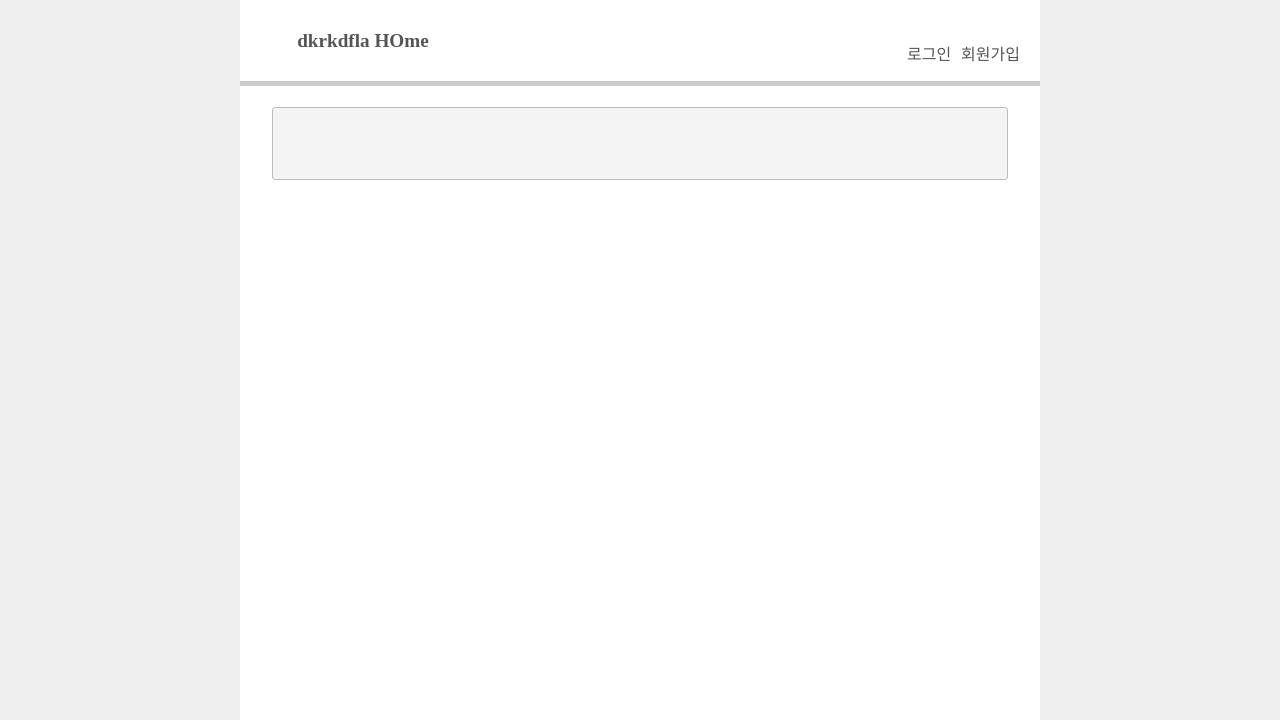
Repository: Dusajang/JSPClass
Page: http://localhost/jspPro/days03/ex03.jsp
These files come from the project's save history. The page is drawn as it stood at one moment and after the next save; the edit follows.
The browser window is 1280 px wide. The pictures show the whole page.
Some web fonts or font styles are not loaded; a fallback is used. The page is served by Tomcat 9. Other server files are loaded and not shown.

Above is the page before, as saved 2024-10-17 03:41:53.

### jspPro/src/main/webapp/days03/ex03.jsp
<%@ page contentType="text/html; charset=UTF-8" pageEncoding="UTF-8"%>
<!DOCTYPE html>
<html>
<head>
<meta charset="UTF-8">
<title>Insert title here</title>
<link rel="shortcut icon" type="image/x-icon" href="http://localhost/jspPro/images/SiSt.ico">
<script src="https://ajax.googleapis.com/ajax/libs/jquery/3.7.1/jquery.min.js"></script>
<meta name="viewport" content="width=device-width, initial-scale=1.0">
<meta name="google" content="notranslate">
<link rel="stylesheet" href="http://localhost/jspPro/resources/cdn-main/example.css">
<script src="http://localhost/jspPro/resources/cdn-main/example.js"></script>
<style>
 span.material-symbols-outlined{
    vertical-align: text-bottom;
 }
</style>
</head>
<body>
<header>
  <h1 class="main"><a href="#" style="position: absolute;top:30px;">dkrkdfla HOme</a></h1>
  <ul>
    <li><a href="#">로그인</a></li>
    <li><a href="#">회원가입</a></li>
  </ul>
</header>
<div>
  <xmp class="code">

  </xmp>
</div>
</body>
</html>

### jspPro/src/main/webapp/resources/cdn-main/example.css
@charset "UTF-8";

@import url('https://fonts.googleapis.com/css2?family=Material+Symbols+Outlined:opsz,wght,FILL,GRAD@20..48,100..700,0..1,-50..200');

@font-face {
    font-family: 'GmarketSansMedium';
    src: url('https://cdn.jsdelivr.net/gh/projectnoonnu/noonfonts_2001@1.1/GmarketSansMedium.woff') format('woff');
    font-weight: normal;
    font-style: normal;
}

:root {
	--text-color: #555;
	--sub-text-color: #777;
	--back-color: #EFEFEF;
	--header-color: #444;
	--primary-color: #DEDEDE;
	--secondary-color: #EFEFEF;
	--default-width: 800px;
	--narrow-width: 500px;
	--wide-width: 1200px;
	--text-font: 'GmarketSansMedium';
	--icon-font: 'Material Symbols Outlined';
	--border-color: #CCC;
}

html, body {
	margin: 0;
	padding: 0;
}

html {
	background-color: var(--back-color);
	display: flex;
	justify-content: center;
	min-height: 100vh;
}

body, body.default {
	width: var(--default-width);
	background-color: white;
	padding-bottom: 120px;
}

body.wide {
	width: var(--wide-width);
}

body.narrow {
	width: var(--narrow-width);
}



body, p, div, span, a, input, select, option, textarea, button, table, th, td, label, fieldset, legend {
	font-family: var(--text-font);
	color: var(--text-color);
}

h1, h2, h3 {
	font-family: var(--text-font);
	color: var(--header-color);
	padding: 0 1rem;
	padding-top: .5rem;
}

div > h1, div > h2, div > h3 {
	padding: 0;
}

body > div, body > main > div {
	padding: 0.3rem 1rem;
}


h1 { font-size: 2rem; border-bottom: 1px solid var(--border-color); }
h1 small { font-size: 1.2rem; color: var(--sub-text-color); }
h2 { font-size: 1.5rem; border-bottom: 1px dashed var(--border-color); }
h2 small { font-size: 1.1rem; color: --sub-text-color; }
h3 { font-size: 1.2rem; }
h3 small { font-size: 1rem; color: --sub-text-color; }



h1.main::before {
	font-family: var(--icon-font);
  	content: '\e666';
  	margin-right: 10px;
  	float: left;
	font-size: 2.5rem;
}

h1.sub::before {
	font-family: var(--icon-font);
  	content: '\ea19';
  	margin-right: 10px;
  	float: left;
	font-size: 2.5rem;
}


h1.page::before {
	font-family: var(--icon-font);
  	content: '\e0e0';
  	margin-right: 10px;
  	float: left;
	font-size: 2.5rem;
}

body > header > ul > li > .active{
	background-color: #FFF;
	color:#F00;
}

body > header {
	display: flex;
	justify-content: space-between;
	border-bottom: 5px solid var(--border-color);
	min-height: 74px;
	background-color: #FFF;
}

body > header.sticky {
	position: sticky;
	top: 0;
	z-index: 98;
}

body > header > h1 {
	font-size: 1.2rem;
	border: 0;
}

body > header.in > h1::before {
	font-family: var(--icon-font);
  	content: '\e332‥';
  	margin-right: 3px;
  	float: left;
	font-size: 2rem;
}


body > header > ul {
	list-style-type: none;
	display: flex;
	align-items: flex-end;
	margin-right: 10px;
}

body > header > ul > li {
	margin-right: 10px;
	cursor: pointer;
}

body > header > ul > li > a {
	cursor: pointer;
}


form {
	display: block;
}

form > div {
	padding: 0.3rem 1rem;
}

div > form > div {
	padding: 0.3rem 0;
}

input, textarea, button, select {
	border: 1px solid #BBB;
	border-radius: 3px;
	outline: none;
	resize: none;
	padding: 7px;
	margin: 0;
}

input[type=text]:read-only, textarea:read-only {
	cursor: not-allowed;
	background-color: #FFF;
}

input[type=text]:disabled, textarea:disabled {
	cursor: not-allowed;
	background-color: #EEE;
}

input[type=text], input[type=password], textarea, button, select {
	/* width: 300px; */
}

textarea {
	display: block;
	height: 100px;
}

input[type=button], input[type=submit], button {
	/* width: inherit; */
}

input.short, textarea.short, button.short, select.short {
	width: 100px;
}

input.long, textarea.long, button.long, select.long {
	width: 350px;
}

.narrow input.long, .narrow textarea.long, .narrow button.long, .narrow select.long {
	width: calc(100% - 20px);
}

input.full, textarea.full, button.full, select.full {
	width: calc(100% - 20px);
}

textarea.short {
	height: 50px;
}

textarea.long {
	height: 100px;
}

textarea.full {
	height: 200px;
}

input, textarea {
	padding-top: 8px;
}

input[type=button], input[type=submit], button {
	padding: 5px 10px;
	background-color: var(--secondary-color);
	cursor: pointer;
	min-height: 36px;
}

input[type=button].primary, input[type=submit].primary, button.primary {
	/* background-color: rgba(100, 149, 237, .2); */
	background-color: var(--primary-color);
}

input[type=button].primary:hover, input[type=submit].primary:hover, button.primary:hover {
	/* background-color: rgba(100, 149, 237, .3); */
	background-color: var(--secondary-color);
}

input[type=button]:hover, input[type=submit]:hover, button:hover {
	background-color: var(--primary-color);
}

button {
	position: relative;
	left: 0;
	top: 0;
	padding-left: 35px;
}

button .material-symbols-outlined {
	position: absolute;
	left: 10px;
	top: 4px;
}

/* k2nik add */
button.login::before {
	font-family: var(--icon-font);
  	content: '\ea77';
	position: absolute;
	left: 11px;
	top: 4px;
	font-size: 1.25rem;
}

/* k2nik logout */
button.logout::before {
	font-family: var(--icon-font);
  	content: '\e9ba';
	position: absolute;
	left: 11px;
	top: 4px;
	font-size: 1.25rem;
}

/* k2nik help */
button.help::before {
	font-family: var(--icon-font);
  	content: '\f1c0';
	position: absolute;
	left: 11px;
	top: 4px;
	font-size: 1.25rem;
}

button.add::before{
	font-family: var(--icon-font);
  	content: '\e746';
	position: absolute;
	left: 11px;
	top: 4px;
	font-size: 1.25rem;
}

button.back::before {
	font-family: var(--icon-font);
  	content: '\e166';
	position: absolute;
	left: 11px;
	top: 4px;
	font-size: 1.25rem;
}

button.list::before {
	font-family: var(--icon-font);
  	content: '\e0ee';
	position: absolute;
	left: 11px;
	top: 4px;
	font-size: 1.25rem;
}


button.del::before {
	font-family: var(--icon-font);
  	content: '\e872';
	position: absolute;
	left: 11px;
	top: 4px;
	font-size: 1.25rem;
}


button.edit::before {
	font-family: var(--icon-font);
  	content: '\e745';
	position: absolute;
	left: 11px;
	top: 4px;
	font-size: 1.25rem;
}


button.login::before {
	font-family: var(--icon-font);
  	content: '\ea77';
	position: absolute;
	left: 11px;
	top: 4px;
	font-size: 1.25rem;
}


button.logout::before {
	font-family: var(--icon-font);
  	content: '\e9ba';
	position: absolute;
	left: 11px;
	top: 4px;
	font-size: 1.25rem;
}


button.in::before {
	font-family: var(--icon-font);
  	content: '\f71a';
	position: absolute;
	left: 11px;
	top: 4px;
	font-size: 1.25rem;
}


button.out::before {
	font-family: var(--icon-font);
  	content: '\f70e';
	position: absolute;
	left: 11px;
	top: 4px;
	font-size: 1.25rem;
}


button.reply::before {
	font-family: var(--icon-font);
  	content: '\e15e';
	position: absolute;
	left: 11px;
	top: 4px;
	font-size: 1.25rem;
}


button.comment::before {
	font-family: var(--icon-font);
  	content: '\e0b9';
	position: absolute;
	left: 11px;
	top: 4px;
	font-size: 1.25rem;
}


button.modal::before {
	font-family: var(--icon-font);
  	content: '\e89e';
	position: absolute;
	left: 11px;
	top: 4px;
	font-size: 1.25rem;
}


button.ok::before {
	font-family: var(--icon-font);
  	content: '\e86c';
	position: absolute;
	left: 11px;
	top: 4px;
	font-size: 1.25rem;
}


button.cancel::before {
	font-family: var(--icon-font);
  	content: '\e5c9';
	position: absolute;
	left: 11px;
	top: 4px;
	font-size: 1.25rem;
}

button.search::before {
	font-family: var(--icon-font);
  	content: '\e8b6';
	position: absolute;
	left: 11px;
	top: 4px;
	font-size: 1.25rem;
}

button.home::before {
	font-family: var(--icon-font);
  	content: '\e88a';
	position: absolute;
	left: 11px;
	top: 4px;
	font-size: 1.25rem;
}


button.sidebar::before {
	font-family: var(--icon-font);
  	content: '\f7e4';
	position: absolute;
	left: 11px;
	top: 4px;
	font-size: 1.25rem;
}


button.sidebar-right::before {
	font-family: var(--icon-font);
  	content: '\f7e5';
	position: absolute;
	left: 11px;
	top: 4px;
	font-size: 1.25rem;
}




button::before {
	font-family: var(--icon-font);
  	content: '\e323';
	position: absolute;
	left: 11px;
	top: 4px;
	font-size: 1.25rem;
}


table {
	border-collapse: collapse;
	margin: 1rem;
	box-sizing: border-box;
	width: calc(100% - 32px);
}

table.content {
	width: auto;
}

div > table {
	margin: 0;
}

table th, table td {
	border: 1px solid var(--border-color);
	padding: 7px;
	font-weight: normal;
}

table th {
	background-color: var(--back-color);
}

table.vertical th {
	width: 150px;
}

table.vertical td {
	width: calc(100% - 182px);
	padding-left: 10px;
}

table.content td, table.content th {
	width: auto;
}

body.narrow table.vertical th {
	width: 100px;
}

body.narrow table.vertical td {
	width: calc(100% - 182px);
}


table + table {
	margin-top: 30px;
}


p {
	padding: 0 1rem;
}

a {
	text-decoration: none;
}

a:hover {
	color: rgba(255, 99, 71, .7);
}

hr {
	border: 0;
	border-top: 1px solid var(--border-color);
	margin: 2rem 0;
}

.message {
	border: 1px solid var(--border-color);
	background-color: #EFEFEF;
	margin: 1rem;
	width: auto;
	padding-top: 10px;
	padding-bottom: 10px;
	font-size: 14px;
}

.message[title]::before {
	content: attr(title);
	display: block;
	border-bottom: 1px solid var(--border-color);
	padding-bottom: 5px;
	margin-bottom: 10px;
	margin-top: 7px;
}

.message.short {
	max-width: 250px;
}

.message.long {
	max-width: 500px;
}

.badge {
	float: right;
	font-size: .8rem;
	margin-top: 2px;
	margin-right: 2px;
	text-shadow: 0 0 7px gray;
}

.badge.left {
	float: none;
	margin-left: 2px;
}

.badge.right {
	float: right;
}

.badge.red {
	border-radius: 50%;
	padding: 2px 5px;
	background-color: rgb(255, 99, 71, .3);
}

.badge.yellow {

	border-radius: 50%;
	padding: 2px 5px;
	background-color: rgb(255, 215, 0, .5);
}

.badge.blue {
	border-radius: 50%;
	padding: 2px 5px;
	background-color: rgb(100, 149, 237, .3);
}

label + label {
	margin-left: 7px;
}

label input[type=checkbox], label input[type=radio] {
	transform: translate(0, 1px);
}

.group {
	display: flex;
}

.modal-content .group {
	margin-bottom: .5rem;
}

.group label {
	border: 1px solid #BBB;
	border-radius: 3px;
	outline: none;
	resize: none;
	padding: 7px 14px;
	margin: 0;
	border-top-right-radius: 0;
	border-bottom-right-radius: 0;
	background-color: #EFEFEF;
	white-space: nowrap;
	font-size: 14px;
}

.group input[type=text] {
	margin-left: -1px;
	border-top-left-radius: 0;
	border-bottom-left-radius: 0;
}

.group select {
	margin-left: -1px;
	border-top-left-radius: 0;
	border-bottom-left-radius: 0;
}

.group input.full[type=text] {
	margin-left: -1px;
	border-top-left-radius: 0;
	border-bottom-left-radius: 0;
	width: 100%;
}

.group input[type=button]:first-child, .group button:first-child {
	border-top-left-radius: 3px;
	border-bottom-left-radius: 3px;
	margin-left: 0px;
}

.group input[type=button], .group button {
	border-radius: 0;
	margin-left: -1px;
}

.group input[type=button]:last-child, .group button:last-child {
	margin-left: -1px;
	border-top-right-radius: 3px;
	border-bottom-right-radius: 3px;
}

.seperate {
	display: flex;
	justify-content: space-between;
}

div.list {
	width: max-content;
	margin: 1rem;
	border: 1px solid #BBB;
	border-radius: 3px;
	padding: 0;
}

div.list.full {
	width: auto;
	display: block;
	margin: 1rem;
	border: 1px solid #BBB;
	border-radius: 3px;
	padding: 0;
}

div.list > div {
	padding: .5rem 1rem;
	margin: 0;
	border-bottom: 1px solid #BBB;
}

div.list > div:last-child {
	border-bottom: 0;
}

pre.code , xmp.code{
	font-family: consols;
	background-color: rgba(150, 150, 150, .1);
	border: 1px solid #BBB;
	border-radius: 3px;
	padding: .5rem 1rem;
	padding-bottom: .6rem;
	margin: 1rem;
}




*[data-modal-window] {
	position: fixed;
	background-color: rgba(0, 0, 0, .3);
	left: 0;
	top: 0;
	display: none;
	justify-content: center;
	align-items: flex-start;
	width: 100%;
	min-height: 100vh;
	z-index: 100;
	opacity: 0;
	transition: 500ms all;
}

*[data-modal-window] .modal-container {
	border-radius: 5px;
	padding: 1rem;
	padding-bottom: .5rem;
	margin-top: -500px;
	opacity: 0;
	width: 500px;
	background-color: #FFF;
	margin-right: 2rem;
	transition: 500ms all;
}

*[data-modal-size=content] .modal-container {
	width: auto;
}

*[data-modal-size=narrow] .modal-container {
	width: 300px;
}

*[data-modal-size=wide] .modal-container {
	width: 760px;
}


*[data-modal-window] .modal-header {
	border-bottom: 1px solid var(--border-color);
	padding: 2px 5px;
}

*[data-modal-window] .modal-content {
	padding: 1rem 5px;
}

*[data-modal-window] .modal-content div:last-child {
	margin-top: 1rem;
	text-align: right;
}



*[data-sidebar-window] {
	position: fixed;
	background-color: #FFF;
	left: 0;
	top: 0;
	display: block;
	width: 300px;
	border-right: 1px solid var(--border-color);
	box-sizing: border-box;
	box-shadow: 0 0 3px var(--back-color);
	min-height: 100vh;
	z-index: 99;
	transform: translate(-300px, 0);
	transition-duration: 500ms;
	transition-property: transform;
}

*[data-sidebar-direction=right] {
	left: auto;
	right: 0;
	transform: translate(300px, 0);
	border-left: 1px solid var(--border-color);
}

*[data-sidebar-size=wide] {
	width: 500px;
	transform: translate(-500px, 0);
}

*[data-sidebar-window] .sidebar-title {
	border-bottom: 1px solid var(--border-color);
	margin-top: 20px;
	margin-bottom: 20px;
	padding-bottom: 5px;
	display: flex;
	justify-content: space-between;
}

*[data-sidebar-window] .sidebar-title span:last-child {
	cursor: pointer;
}


/* K2Nik pagination */
.center {
  text-align: center;
}

.pagination {
  display: inline-block;
}

.pagination a {
  color: black;
  float: left;
  padding: 3px 6px;
  text-decoration: none;
  transition: background-color .3s;
  border: 1px solid #ddd;
  margin: 0 3px;
}

.pagination a.active {
  background-color: #4CAF50;
  color: white;
  border: 1px solid #4CAF50;
}

.pagination a:hover:not(.active) {background-color: #ddd;}

### jspPro/src/main/webapp/resources/cdn-main/example.js

window.onload = () => {

    const list = document.querySelectorAll('input, textarea');

    list.forEach(item => {
        item.setAttribute('autocomplete', 'off');
    });


    const modal_btn_list = document.querySelectorAll('*[data-modal-button]');

    modal_btn_list.forEach(item => {
        item.onclick = function() {

            const name = this.dataset['modalButton'];
            const modal_window = document.querySelector('*[data-modal-window=' + name);

            const container = document.createElement('div');
            container.className = 'modal-container';



            const modal_header = document.createElement('div');
            modal_header.textContent = modal_window.dataset['modalTitle'];
            modal_header.className = 'modal-header';
            container.appendChild(modal_header);

            const modal_content = document.createElement('div');
            modal_content.className = 'modal-content';
            container.appendChild(modal_content);

            Array.from(modal_window.childNodes).forEach(item => {
                modal_content.appendChild(item);
            });

            modal_window.appendChild(container);

            modal_window.style.display = 'flex';

            setTimeout(() => {
                modal_window.style.opacity = 1;
                container.style.marginTop = '20px';
                container.style.opacity = 1;
            }, 50);


            const modal_ok = document.querySelector('*[data-modal-ok=' + name);
            modal_ok.addEventListener('click', function() {
                modal_window.style.opacity = 0;
                container.style.marginTop = '-500px';
                container.style.opacity = 0;

                setTimeout(() => {
                    modal_window.innerHTML = modal_content.innerHTML;
                    modal_window.style.display = 'none';
                }, 500);

            });

            const modal_cancel = document.querySelector('*[data-modal-cancel=' + name);
            modal_cancel.addEventListener('click', function() {

                modal_window.style.opacity = 0;
                container.style.marginTop = '-500px';
                container.style.opacity = 0;

                setTimeout(() => {
                    modal_window.innerHTML = modal_content.innerHTML;
                    modal_window.style.display = 'none';
                }, 500);
            });


        };
    });


    const sidebar_btn_list = document.querySelectorAll('*[data-sidebar-button]');

    sidebar_btn_list.forEach(item => {
        item.onclick = function() {



            const name = this.dataset['sidebarButton'];
            const sidebar_window = document.querySelector('*[data-sidebar-window=' + name);

            if (sidebar_window.style.transform == 'translate(0px, 0px)') return;



            sidebar_window.style.transform = 'translate(0, 0)';

            const sidebar_title = document.createElement('div');
            sidebar_title.className = 'sidebar-title';
            sidebar_title.innerHTML = '<span>' + sidebar_window.dataset['sidebarTitle'] + '</span><span class="material-symbols-outlined">close</span>';

            sidebar_title.children[1].onclick = function() {

                let sign = 1;
                let distance = 300;

                if (sidebar_window.dataset['sidebarDirection'] != 'right') {
                    sign = -1;
                } else {
                    sign = 1;
                }

                if (sidebar_window.dataset['sidebarSize'] != 'wide') {
                    distance = 300;
                } else {
                    distance = 500;
                }

                distance *= sign;

                sidebar_window.style.transform = 'translate(' + distance + 'px, 0)';

                setTimeout(function() {
                    sidebar_window.removeChild(sidebar_window.children[0]);
                }, 500);
            };


            sidebar_window.prepend(sidebar_title);

        }
    });

};

// window.onkeydown = function(event) {

//     if (event.keyCode == 27) {
//         if (document.querySelector('[data-modal-window').style.display == 'flex') {
//             document.querySelector('[data-modal-window').style.display = 'none';
//         }
//     }

// };

After the next save:
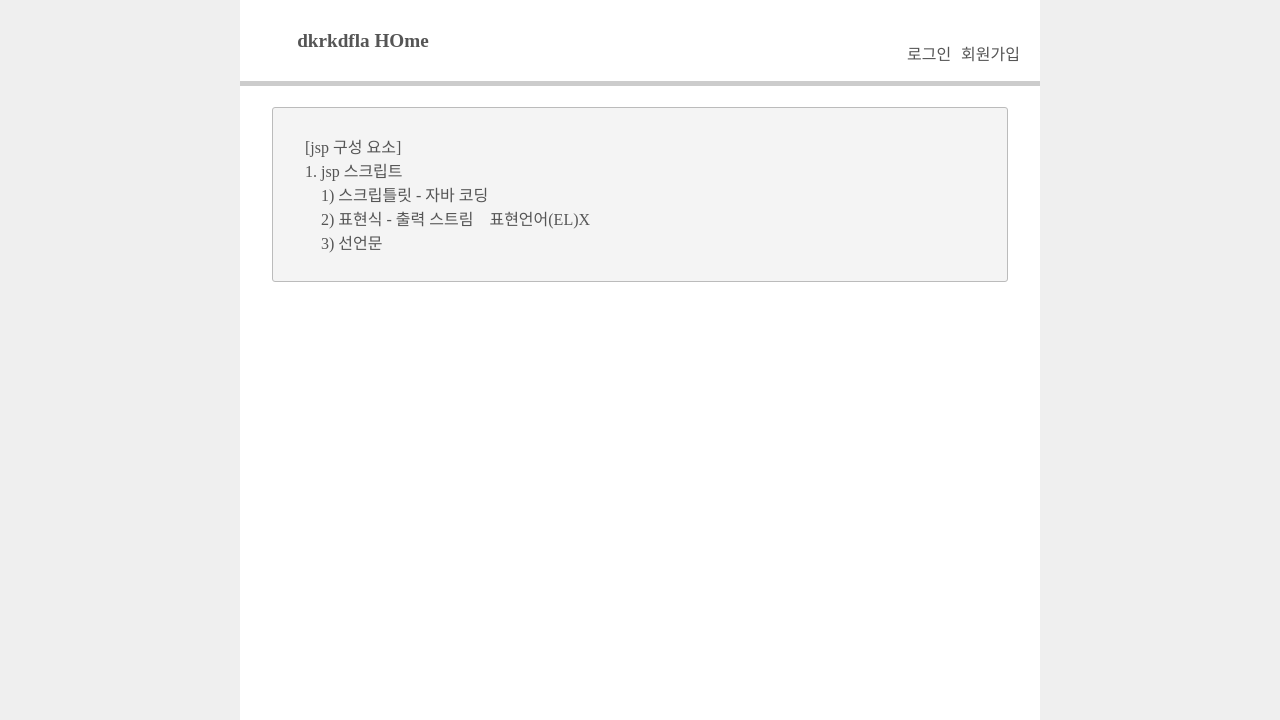
Saved 82 min 15 s later.
--- a/jspPro/src/main/webapp/days03/ex03.jsp
+++ b/jspPro/src/main/webapp/days03/ex03.jsp
@@ -26,7 +26,11 @@
 </header>
 <div>
   <xmp class="code">
-
+    [jsp 구성 요소]
+    1. jsp 스크립트
+    	1) 스크립틀릿 - 자바 코딩
+    	2) 표현식 - 출력 스트림    표현언어(EL)X
+    	3) 선언문
   </xmp>
 </div>
 </body>
